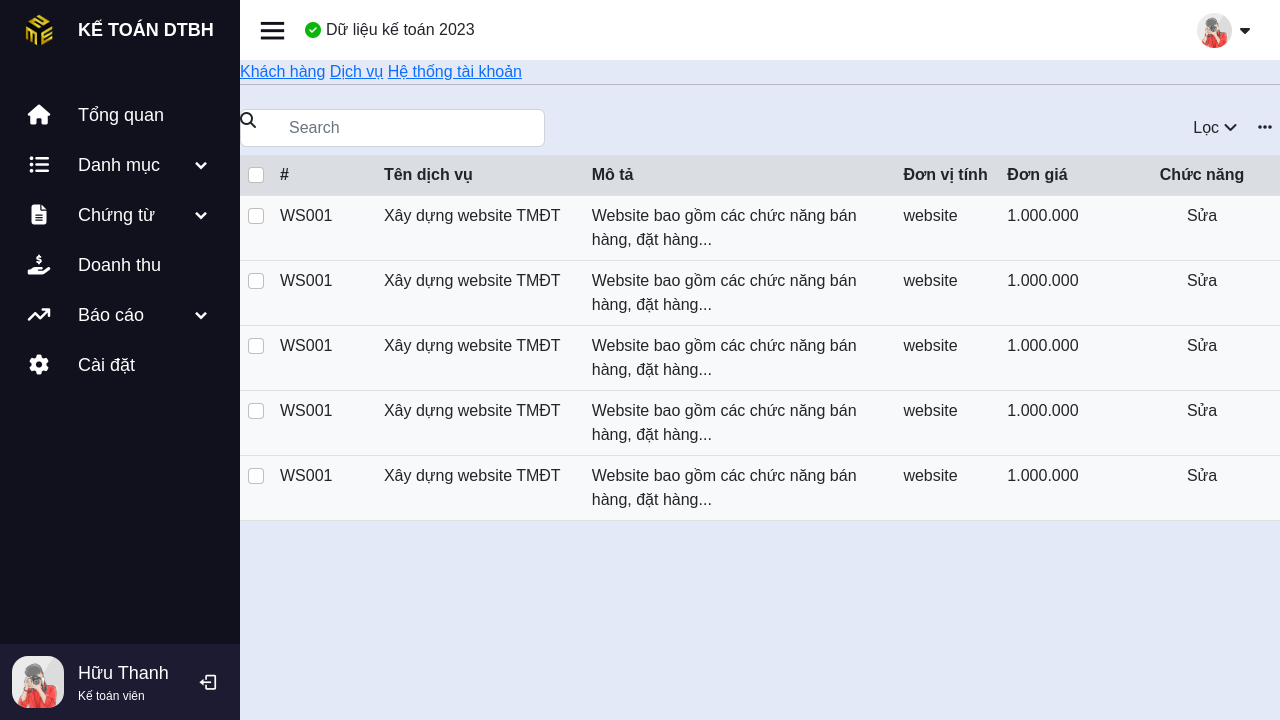
Repository: huuthanhdev/PhanMemKeToan
Page: pages/service.html
The author's editor kept a copy of each file at every save. The page is drawn from the files as they stood at one save, then again after the next save.
The browser window is 1280 px wide. The pictures show the whole page.
Some web fonts or font styles are not loaded; a fallback is used. Some web libraries are served in a nearby version.

Above is the page before, as saved 2023-03-24 17:03:40.

After the next save:
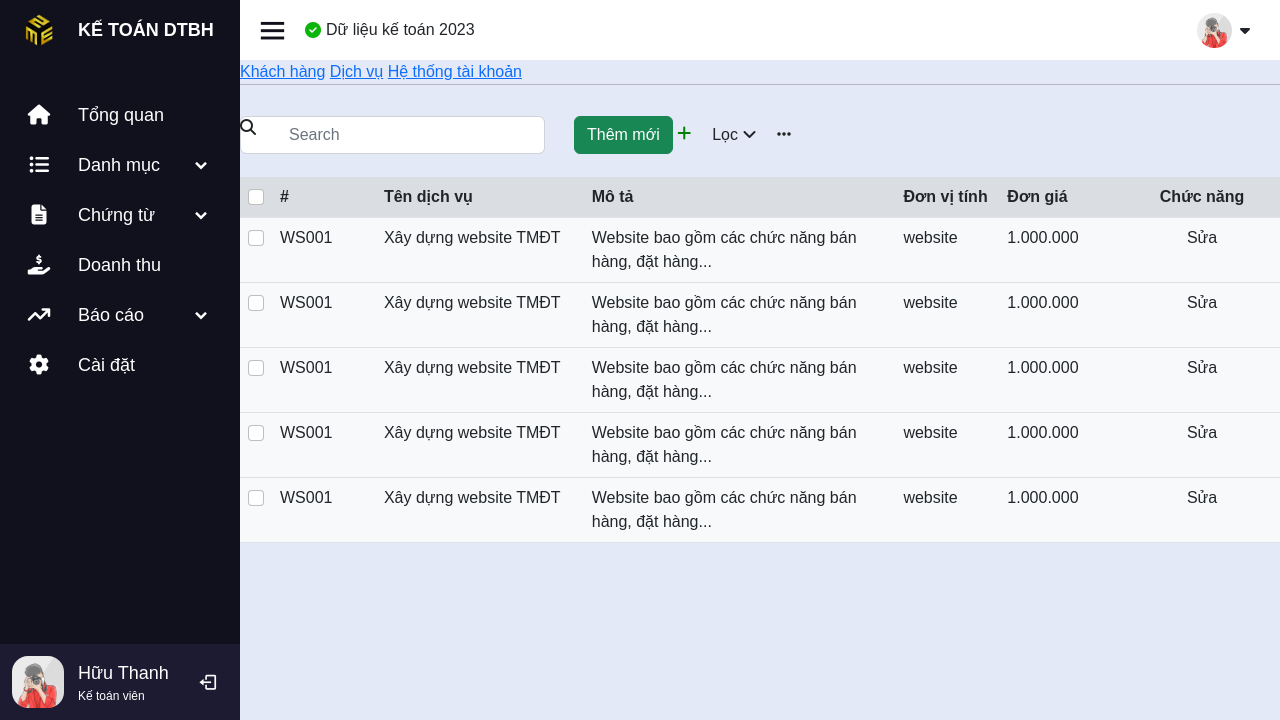
Saved 17 s later.
--- a/pages/service.html
+++ b/pages/service.html
@@ -138,12 +138,16 @@
         <hr class="mt-0 mb-4">
         <!-- table -->
         <div class="container-fluid mt-0 px-0">
-          <div class="mb-2 d-flex justify-content-between align-items-center">
+          <div class="mb-3 d-flex justify-content-start align-items-center">
               <div class="position-relative">
                   <span class="position-absolute search"><i class="fa fa-search"></i></span>
-                  <input class="form-control w-100 px-5" placeholder="Search">
+                  <input class="form-control w-100 px-5 m-0" placeholder="Search">
               </div>
-              <div class="px-2">
+              <div class="btn">
+                <button type="button" class="btn btn-success ms-3">Thêm mới</button>
+                <i class="fa-solid fa-plus align-items-center" style="color: green"></i>
+              </div>
+              <div class="filter px-2">
                   <span>Lọc <i class="fa fa-angle-down"></i></span>
                   <i class="fa fa-ellipsis-h ms-3"></i>
               </div>
